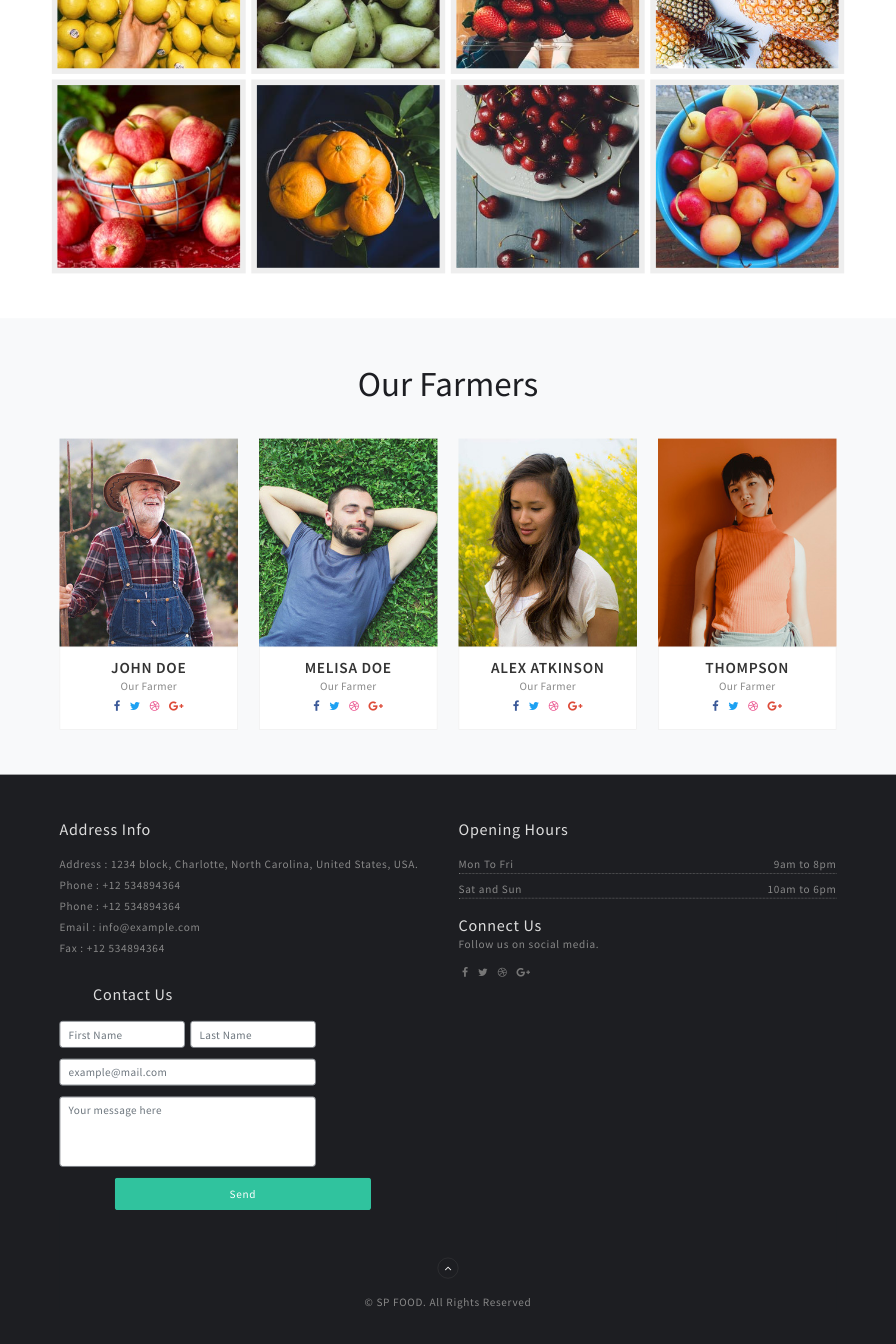
Repository: httpamit/SP-Food
Page: index.html
The author's editor kept a copy of each file at every save. The page is drawn from the files as they stood at one save, then again after the next save.
The browser window is 1280 px wide. The pictures show the part of the page from y = 3152 to 5072 px (the page is 5072 px tall), at 70% of full size.
Backgrounds fixed to the window are drawn as part of the page.

Above is the page before, as saved 2019-02-07 23:22:31.

### index.html
<!DOCTYPE html>
<html lang="en">
<head>
<title>Fruit Farm Agriculture Category Flat Bootstrap Responsive Website Template | Home : W3layouts</title>

	<!-- Meta tag Keywords -->
	<meta name="viewport" content="width=device-width, initial-scale=1">
	<meta charset="utf-8">
	<meta name="keywords" content="Agriculture Responsive web template, Bootstrap Web Templates, Flat Web Templates, Android Compatible web template,
	Smartphone Compatible web template, free webdesigns for Nokia, Samsung, LG, SonyEricsson, Motorola web design" />
	<script type="application/x-javascript">
		addEventListener("load", function () {
			setTimeout(hideURLbar, 0);
		}, false);

		function hideURLbar() {
			window.scrollTo(0, 1);
		}
	</script>
	<!--// Meta tag Keywords -->

	<!-- css files -->
	<link rel="stylesheet" href="css/bootstrap.css"> <!-- Bootstrap-Core-CSS -->
	<link rel="stylesheet" href="css/style.css" type="text/css" media="all" /> <!-- Style-CSS -->
	<link rel="stylesheet" href="css/font-awesome.min.css"> <!-- Font-Awesome-Icons-CSS -->
	<!-- //css files -->

	<!--web font-->
	<link href="//fonts.googleapis.com/css?family=Source+Sans+Pro:200,200i,300,300i,400,400i,600,600i,700,700i,900,900i&amp;subset=cyrillic,cyrillic-ext,greek,greek-ext,latin-ext,vietnamese" rel="stylesheet">
	<!--//web font-->

</head>

<body>

<!-- header -->
<header>
	<div class="container" id="home">
		<nav class="">
			<div id="logo">
				<h1> <a href="index.html" class="editContent" data-selector=".editContent"><span class="fa fa-home"></span> SP FOOD</a></h1>
			</div>
			<div class="mx-auto">
				<ul class="menu mt-lg-4">
					<li class=" mr-lg-2 mr-1 active"><a href="#">Home</a></li>
					<li class=" mr-lg-2 mr-1"><a href="#about">About</a></li>
					<li class=" mr-lg-2 mr-1"><a href="#services">Services</a></li>
					<li class="dropdown-menu-padding">
					<!-- First Tier Drop Down -->
					<a href="#agricultural">Agricultural</a>
					</li>
					<li><a href="#gallery">Gallery</a></li>
					<li><a href="#contact">Contact</a></li>
					<li class="buttons ml-lg-3">
						<p><span class="fa mr-1 fa-phone"></span> +12 445 8976 2334</p>
					</li>
				</ul>
			</div>
		</nav>
	</div>
</header>
<!-- //header -->

<div class="csslider infinity" id="slider1">
  <input type="radio" name="slides" checked="checked" id="slides_1"/>
  <input type="radio" name="slides" id="slides_2"/>
  <input type="radio" name="slides" id="slides_3"/>
  <input type="radio" name="slides" id="slides_4"/>
  <ul>
    <li>
		<div id="bg">
			<div class="container">
				<div class="banner-text">
				  <h6> Fresh Agriculture Products</h6>
				  <h3> We Serve Fresh and Juicy Fruits From Our Farm</h3>
				</div>
			</div>
		</div>
    </li>
    <li>
        <div id="bg1">
			<div class="container">
				<div class="banner-text">
				  <h6> Fresh Agriculture Products</h6>
				  <h3> We Serve Fresh and Juicy Fruits From Our Farm</h3>
				</div>
			</div>
        </div>
    </li>
    <li>
		<div id="bg2">
			<div class="container">
				<div class="banner-text">
				  <h6> Fresh Agriculture Products</h6>
				  <h3> We Serve Fresh and Juicy Fruits From Our Farm</h3>
				</div>
			</div>
        </div>
    </li>
    <li>
		<div id="bg3">
			<div class="container">
				<div class="banner-text">
				  <h6> Fresh Agriculture Products</h6>
				  <h3> We Serve Fresh and Juicy Fruits From Our Farm</h3>
				</div>
			</div>
		</div>
    </li>

  </ul>
  <div class="arrows">
    <label for="slides_1"></label>
    <label for="slides_2"></label>
    <label for="slides_3"></label>
    <label for="slides_4"></label>
  </div>
  <div class="navigation">
    <div>
      <label for="slides_1"></label>
      <label for="slides_2"></label>
      <label for="slides_3"></label>
      <label for="slides_4"></label>
    </div>
  </div>
</div>

<!-- //banner -->

<!-- about -->
<section class="about py-5" id="about">
	<div class="container py-md-3">
		<h3 class="heading text-center mb-md-5 mb-4">Few Words About our farm</h3>
		<div class="row about-grids agile-info">
			<div class="col-lg-6 mb-lg-0   mb-5">
				<h4 class="mb-4">Welcome to our Organic Fruit - we serve all types of seasonal fruits</h3>
				<p class="mb-4">Cras blandit nibh ut pretium elementum. Duis bibendum convallis nun cael dictum. Quisquen ac ipsum porta, ultrices metus sit amet, curs in nisl. Dui aliquet varius sem sit amet convallis nun ca dictum. Cras blandit nibh ut pretium elementum. Duis bibendum convallis nun ca dictum aliquet.</p>
				<p class="text-capitalize"> <span class="fa fa-check"></span> Duis bibendum convallis blandit dictum.</p>
				<p class=" text-capitalize"> <span class="fa fa-check"></span> Cras blandit nibh blandit pretium dolor ipsum.</p>
				<p class="text-capitalize mb-3"> <span class="fa fa-check"></span> Bibendum convallis nun ca dictum elementum ipsum elit.</p>
				<a href="#popup1">Read More </a>
			</div>
			<div class="col-lg-6 col-md-8   pr-md-0">
				<img src="images/about.jpg" class="img-fluid" />
			</div>
		</div>
	</div>
</section>
<!-- //about -->

<!-- how we work -->
<section class="work">
	<div class="work-layer py-5">
	<div class="container py-md-3">
		<h3 class="heading text-center mb-lg-5 text-white mb-4">How We Work</h3>
		<div class="row text-center join agile-info">
			<div class="col-lg-4 col-md-6 steps-reach  ">
				<span class="fa fa-cogs"></span>
				<h4>Step 1</h4>
				<p>Pretium elementum. Duis bibendum convallis nun ca dictum convallis nun ca dictum. Cras blandit nibh ut aliquet varius sem sit amet convallis.</p>
			</div>
			<div class="col-lg-4 col-md-6 mt-md-0 mt-5 steps-reach  ">
				<span class="fa fa-cubes"></span>
				<h4>Step 2</h4>
				<p>Pretium elementum. Duis bibendum convallis nun ca dictum convallis nun ca dictum. Cras blandit nibh ut aliquet varius sem sit amet convallis.</p>
			</div>
			<div class="col-lg-4 col-md-6 mt-lg-0 mt-5 steps-reach  ">
				<span class="fa fa-cart-arrow-down" aria-hidden="true"></span>
				<h4>Step 3</h4>
				<p>Pretium elementum. Duis bibendum convallis nun ca dictum convallis nun ca dictum. Cras blandit nibh ut aliquet varius sem sit amet convallis.</p>
			</div>
		</div>
	</div>
	</div>
</section>
<!-- //how we work -->

<!-- services -->
<section class="services py-5" id="services">
	<div class="container py-md-5">
		<h3 class="heading text-center mb-lg-5 mb-4">Our Services</h3>
		<div class="row text-center join agile-info">
			<div class="col-lg-4 col-md-6 steps-reach service-box">
				<span class="fa fa-cogs"></span>
				<h4>Step 1</h4>
				<p>Pretium elementum. Duis bibendum convallis nun ca dictum convallis nun ca dictum. Cras blandit nibh ut aliquet varius sem sit amet convallis.</p>
			</div>
			<div class="col-lg-4 col-md-6 mt-md-0 mt-5 steps-reach service-box ">
				<span class="fa fa-cubes"></span>
				<h4>Step 2</h4>
				<p>Pretium elementum. Duis bibendum convallis nun ca dictum convallis nun ca dictum. Cras blandit nibh ut aliquet varius sem sit amet convallis.</p>
			</div>
			<div class="col-lg-4 col-md-6 mt-lg-0 mt-5 steps-reach service-box right-border ">
				<span class="fa fa-cart-arrow-down" aria-hidden="true"></span>
				<h4>Step 3</h4>
				<p>Pretium elementum. Duis bibendum convallis nun ca dictum convallis nun ca dictum. Cras blandit nibh ut aliquet varius sem sit amet convallis.</p>
			</div>
		</div>
	</div>
	</div>
</section>
<!-- //how we work -->

<!-- facts -->
<section class="service-bottom bg py-5" id="agricultural">
	<div class="container">
		<!-- Counter -->
		<div class="py-lg-5 py-3">
			<h3 class="heading text-center text-white mb-lg-5 mb-4">Agricultural Facts</h3>
			<div class="row ">
				<div class="col-md-3 text-center col-6 agileits_w3layouts_about_counter_left  ">
					<div class="counterinfo agile-info">
						<p class="counter">146</p>
						<h3>Business Growth</h3>
					</div>
				</div>
				<div class="col-md-3 text-center col-6 agileits_w3layouts_about_counter_left  ">
					<div class="counterinfo agile-info">
						<p class="counter">1500</p>
						<h3>Fruits Supplied</h3>
					</div>
				</div>
				<div class="col-md-3 text-center col-6 agileits_w3layouts_about_counter_left   mt-md-0 mt-4">
					<div class="counterinfo agile-info">
						<p class="counter">15+</p>
						<h3>Years Experience</h3>
					</div>
				</div>
				<div class="col-md-3 text-center col-6 agileits_w3layouts_about_counter_left   mt-md-0 mt-4">
					<div class="counterinfo agile-info">
						<p class="counter">150+</p>
						<h3>Agriculture Farmers</h3>
					</div>
				</div>
			</div>
		</div>
		<!-- //Counter -->
	</div>
</section>
<!-- //facts -->

<!-- gallery -->
<section class="gallery py-5" id="gallery">
	<div class="container py-3">
		<h3 class="heading text-center mb-lg-5 mb-4">Our Gallery</h3>
		<div class="row gallery_grid-more project-grids w3ls">
			<div class="col-lg-3 col-md-4 col-6 px-1 w3layoutsits_w3layouts_gallery_grid1">
				<div class="gallery-border">
					<a href="#popup2">
						<img src="images/g1.jpg" alt=" " class="img-fluid" />
					</a>
				</div>
			</div>
			<div class="col-lg-3 col-md-4 col-6 px-1 w3layoutsits_w3layouts_gallery_grid1">
				<div class="gallery-border">
					<a href="#popup3">
						<img src="images/g2.jpg" alt=" " class="img-fluid" />
					</a>
				</div>
			</div>
			<div class="col-lg-3 col-md-4 col-6 px-1 w3layoutsits_w3layouts_gallery_grid1 mt-md-0 mt-2">
				<div class="gallery-border">
					<a href="#popup4">
						<img src="images/g3.jpg" alt=" " class="img-fluid" />
					</a>
				</div>
			</div>
			<div class="col-lg-3 col-md-4 col-6 px-1 w3layoutsits_w3layouts_gallery_grid1 mt-lg-0 mt-2">
				<div class="gallery-border">
					<a href="#popup5">
						<img src="images/g4.jpg" alt=" " class="img-fluid" />
					</a>
				</div>
			</div>
			<div class="col-lg-3 col-md-4 col-6 px-1 w3layoutsits_w3layouts_gallery_grid1 mt-2 ">
				<div class="gallery-border">
					<a href="#popup6">
						<img src="images/g5.jpg" alt=" " class="img-fluid" />
					</a>
				</div>
			</div>
			<div class="col-lg-3 col-md-4 col-6 px-1 w3layoutsits_w3layouts_gallery_grid1 mt-2">
				<div class="gallery-border">
					<a href="#popup7">
						<img src="images/g6.jpg" alt=" " class="img-fluid" />
					</a>
				</div>
			</div>
			<div class="col-lg-3 col-md-4 col-6 px-1 w3layoutsits_w3layouts_gallery_grid1 mt-2">
				<div class="gallery-border">
					<a href="#popup8">
						<img src="images/g7.jpg" alt=" " class="img-fluid" />
					</a>
				</div>
			</div>
			<div class="col-lg-3 col-md-4 col-6 px-1 w3layoutsits_w3layouts_gallery_grid1 mt-2">
				<div class="gallery-border">
					<a href="#popup9">
						<img src="images/g8.jpg" alt=" " class="img-fluid" />
					</a>
				</div>
			</div>
		</div>
	</section>

<!-- popup for gallery -->
<div id="popup2" class="overlay">
	<div class="popup1">
		<img src="images/g1.jpg" alt="Popup Image" class="img-fluid" />
	<a class="close" href="#gallery">&times;</a>
	</div>
</div>

<div id="popup3" class="overlay">
	<div class="popup1">
		<img src="images/g2.jpg" alt="Popup Image" class="img-fluid" />
	<a class="close" href="#gallery">&times;</a>
	</div>
</div>

<div id="popup4" class="overlay">
	<div class="popup1">
		<img src="images/g3.jpg" alt="Popup Image" class="img-fluid" />
	<a class="close" href="#gallery">&times;</a>
	</div>
</div>

<div id="popup5" class="overlay">
	<div class="popup1">
		<img src="images/g4.jpg" alt="Popup Image" class="img-fluid" />
	<a class="close" href="#gallery">&times;</a>
	</div>
</div>

<div id="popup6" class="overlay">
	<div class="popup1">
		<img src="images/g5.jpg" alt="Popup Image" class="img-fluid" />
	<a class="close" href="#gallery">&times;</a>
	</div>
</div>

<div id="popup7" class="overlay">
	<div class="popup1">
		<img src="images/g6.jpg" alt="Popup Image" class="img-fluid" />
	<a class="close" href="#gallery">&times;</a>
	</div>
</div>
<div id="popup8" class="overlay">
	<div class="popup1">
		<img src="images/g7.jpg" alt="Popup Image" class="img-fluid" />
	<a class="close" href="#gallery">&times;</a>
	</div>
</div>
<div id="popup9" class="overlay">
	<div class="popup1">
		<img src="images/g8.jpg" alt="Popup Image" class="img-fluid" />
	<a class="close" href="#gallery">&times;</a>
	</div>
</div>
<!-- //popup for gallery -->

</div>
<!-- //gallery -->

<!-- team -->
<section class="team bg-light py-5" id="team">
	<div class="container py-md-3">
		<h3 class="heading text-center mb-lg-5 mb-4">Our Farmers</h3>
		<div class="row team-grids">
			<div class="col-lg-3 col-sm-6 mb-lg-0 mb-4 team-grid  ">
				<div class="team-members">
					<img src="images/t1.jpg" class="img-fluid" alt="image">
					<div class="team-desc py-3 text-center agile-info">
						<h4 class="">John Doe</h4>
						<span>Our Farmer</span>
						<ul class="social">
							<li><a href="#"><span class="fa fa-facebook icon_facebook"></span></a></li>
							<li><a href="#"><span class="fa fa-twitter icon_twitter"></span></a></li>
							<li><a href="#"><span class="fa fa-dribbble icon_dribbble"></span></a></li>
							<li><a href="#"><span class="fa fa-google-plus icon_g_plus"></span></a></li>
						</ul>
					</div>
				</div>
			</div>
			<div class="col-lg-3 col-sm-6 mb-lg-0 mb-4 team-grid  ">
				<div class="team-members">
					<img src="images/t2.jpg" class="img-fluid" alt="image">
					<div class="team-desc py-3 text-center agile-info">
						<h4 class="">Melisa Doe</h4>
						<span>Our Farmer</span>
						<ul class="social">
							<li><a href="#"><span class="fa fa-facebook icon_facebook"></span></a></li>
							<li><a href="#"><span class="fa fa-twitter icon_twitter"></span></a></li>
							<li><a href="#"><span class="fa fa-dribbble icon_dribbble"></span></a></li>
							<li><a href="#"><span class="fa fa-google-plus icon_g_plus"></span></a></li>
						</ul>
					</div>
				</div>
			</div>
			<div class="col-lg-3 col-sm-6 mb-sm-0 mb-4 team-grid  ">
				<div class="team-members">
					<img src="images/t3.jpg" class="img-fluid" alt="image">
					<div class="team-desc py-3 text-center agile-info">
						<h4 class="">Alex Atkinson</h4>
						<span>Our Farmer</span>
						<ul class="social">
							<li><a href="#"><span class="fa fa-facebook icon_facebook"></span></a></li>
							<li><a href="#"><span class="fa fa-twitter icon_twitter"></span></a></li>
							<li><a href="#"><span class="fa fa-dribbble icon_dribbble"></span></a></li>
							<li><a href="#"><span class="fa fa-google-plus icon_g_plus"></span></a></li>
						</ul>
					</div>
				</div>
			</div>
			<div class="col-lg-3 col-sm-6 team-grid  ">
				<div class="team-members">
					<img src="images/t4.jpg" class="img-fluid" alt="image">
					<div class="team-desc py-3 text-center agile-info">
						<h4 class="">Thompson</h4>
						<span>Our Farmer</span>
						<ul class="social">
							<li><a href="#"><span class="fa fa-facebook icon_facebook"></span></a></li>
							<li><a href="#"><span class="fa fa-twitter icon_twitter"></span></a></li>
							<li><a href="#"><span class="fa fa-dribbble icon_dribbble"></span></a></li>
							<li><a href="#"><span class="fa fa-google-plus icon_g_plus"></span></a></li>
						</ul>
					</div>
				</div>
			</div>
		</div>
	</div>
</section>
<!-- //team -->

<!-- footer -->
<footer class="py-5" id="contact">
	<div class="container pt-md-3">
		<div class="row ">
		<div class="col-lg-6">
            <h3 class="mb-4">Address Info</h3>
			<div class="footer-text">
				<p>Address : 1234 block, Charlotte, North Carolina, United States, USA.</p>
				<p class="mt-1">Phone : +12 534894364</p>
				<p class="mt-1">Phone : +12 534894364</p>
				<p class="my-1">Email : <a href="mailto:info@example.com">info@example.com</a></p>
				<p>Fax : +12 534894364</p>
			</div>
		</div>
		<div class="col-lg-6">
            <h3 class="mb-4">Opening Hours</h3>
			<div class="timings">
				<p class="mb-2">Mon To Fri<span> 9am to 8pm </span></p>
				<p class="">Sat and Sun<span> 10am to 6pm </span></p>
			</div>
            <h3 class="mt-4">Connect Us</h3>
			<p class="mt-6">Follow us on social media.</p>
			<ul class="social mt-2">
				<li><a href="#"><span class="fa fa-facebook icon_facebook"></span></a></li>
				<li><a href="#"><span class="fa fa-twitter icon_twitter"></span></a></li>
				<li><a href="#"><span class="fa fa-dribbble icon_dribbble"></span></a></li>
				<li><a href="#"><span class="fa fa-google-plus icon_g_plus"></span></a></li>
			</ul>
		</div>
	</div>
	<div class="row">
		<div class="col-lg-5 mt-lg-0 mt-5">
			<h3 class="mb-4 ml-md-5"> Contact Us</h3>
			<form action="#" method="get" class="register-wthree">
				<div class="form-group">
					<div class="row">
						<div class="col-sm-5 pr-sm-1">
							<input class="form-control" type="text" placeholder="First Name" name="email" required="">
						</div>
						<div class="col-sm-5 pl-sm-1 pl-auto mt-sm-0 mt-2">
							<input class="form-control" type="text" placeholder="Last Name" name="email" required="">
						</div>
					</div>
				</div>
				<div class="form-group">
					<div class="row">
						<div class="col-sm-10">
							<input class="form-control" type="email" placeholder="example@mail.com" name="email" required="">
						</div>
					</div>
				</div>
				<div class="form-group">
					<div class="row">
						<div class="col-sm-10">
							<textarea placeholder="Your message here" class="form-control"></textarea>
						</div>
					</div>
				</div>
				<div class="row mt-3">
					<div class="offset-2"></div>
					<div class="col-sm-10">
						<button type="submit" class="btn btn-block w-100">Send</button>
					</div>
				</div>
			</form>
		</div>
	</div>
	<div class="copyright pt-sm-5 pt-4 text-center">
		<a href="#home" class="move-top scroll"><span class="fa fa-angle-up" aria-hidden="true"></span></a>
		<p>© SP FOOD. All Rights Reserved</p>
	</div>
</footer>
<!-- footer -->

<!-- popup for btn -->
<div id="popup1" class="overlay">
	<div class="popup">
		<img src="images/about.jpg" alt="Popup Image" class="img-fluid" />
		<p class="mt-4 editContent">Nulla viverra pharetra se, eget pulvinar neque pharetra ac int. placerat placerat dolor. Vestibulum at dui nunc. Nulla viverra pharetra sem, eget pulvinar neque pharetra ac int. lorem ipsum Vestibulum. placerat placerat dolor. Vestibulum at dui nunc. Nullam eu elit neque lectus.</p>
	<a class="close" href="#about">&times;</a>
	</div>
</div>
<!-- //popup for btn -->

</body>
</html>

Loaded but not shown: css/bootstrap.css (library); css/font-awesome.min.css (library); css/style.css (1492 lines, source omitted)

After the next save:
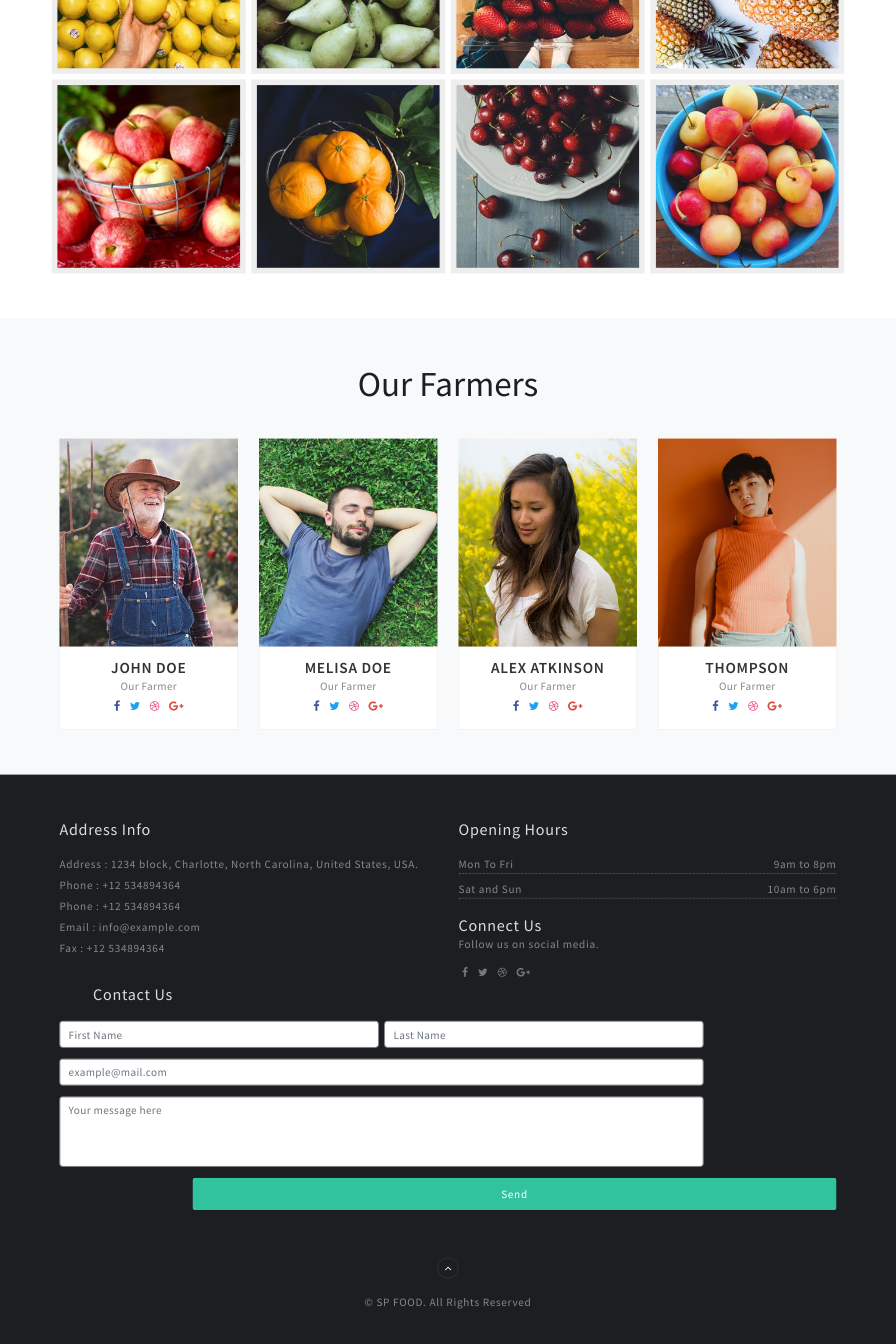
Saved 62 s later.
--- a/index.html
+++ b/index.html
@@ -463,7 +463,7 @@
 		</div>
 	</div>
 	<div class="row">
-		<div class="col-lg-5 mt-lg-0 mt-5">
+		<div class="col-lg-12">
 			<h3 class="mb-4 ml-md-5"> Contact Us</h3>
 			<form action="#" method="get" class="register-wthree">
 				<div class="form-group">
